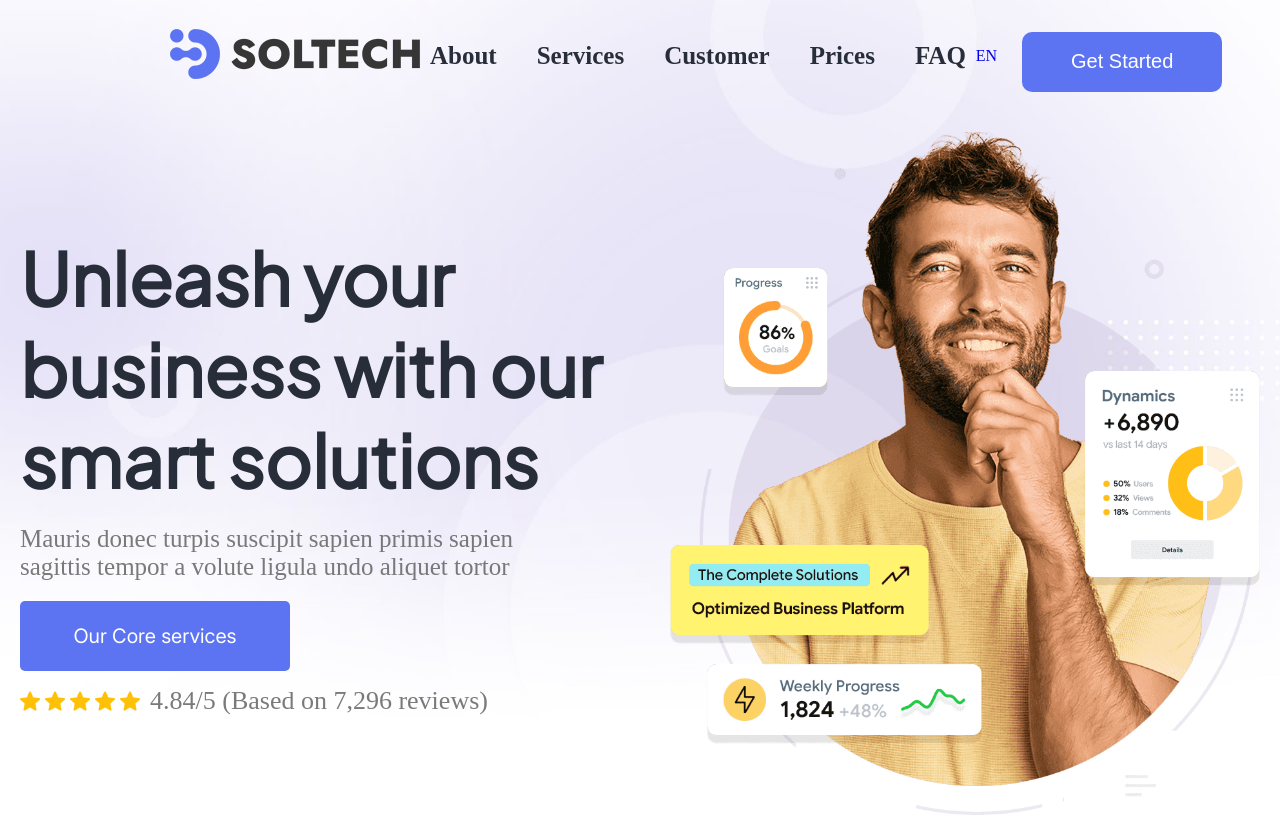
Repository: md-rabbi-hossain/Soltech-html
Page: index.html
An editor plug-in stored every save of this project. The page is shown before and after the next save, followed by the edit.
The browser window is 1280 px wide. The pictures show the whole page.

Above is the page before, as saved 2025-01-09 01:11:26.

After the next save:
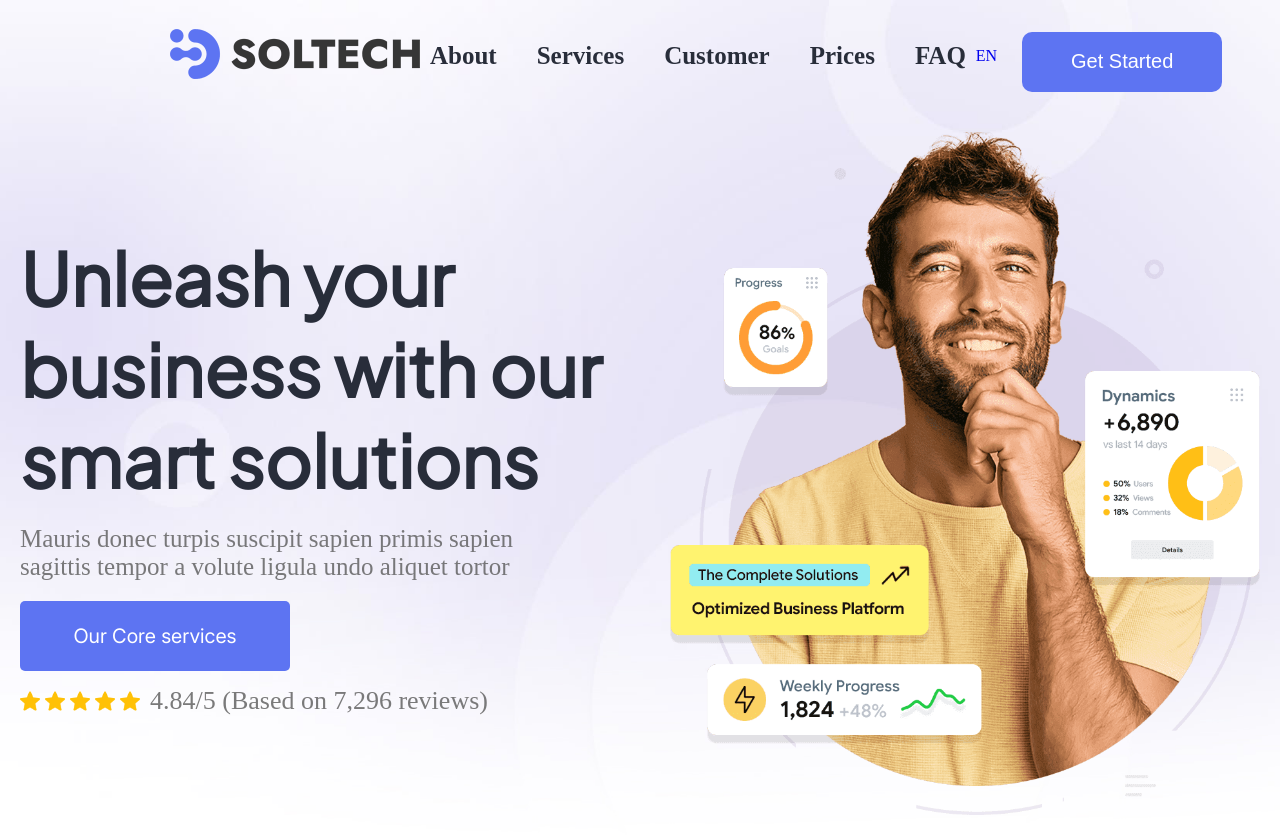
Saved 24 h 21 min later.
--- a/Css/style.css
+++ b/Css/style.css
@@ -30,7 +30,7 @@
 }
 .main-container {
   max-width: 100%;
-  height: 100vh;
+  height: auto;
   background-image: url("/image/hero-1.jpg");
   background-size: cover;
   background-repeat: no-repeat;

After the save that followed:
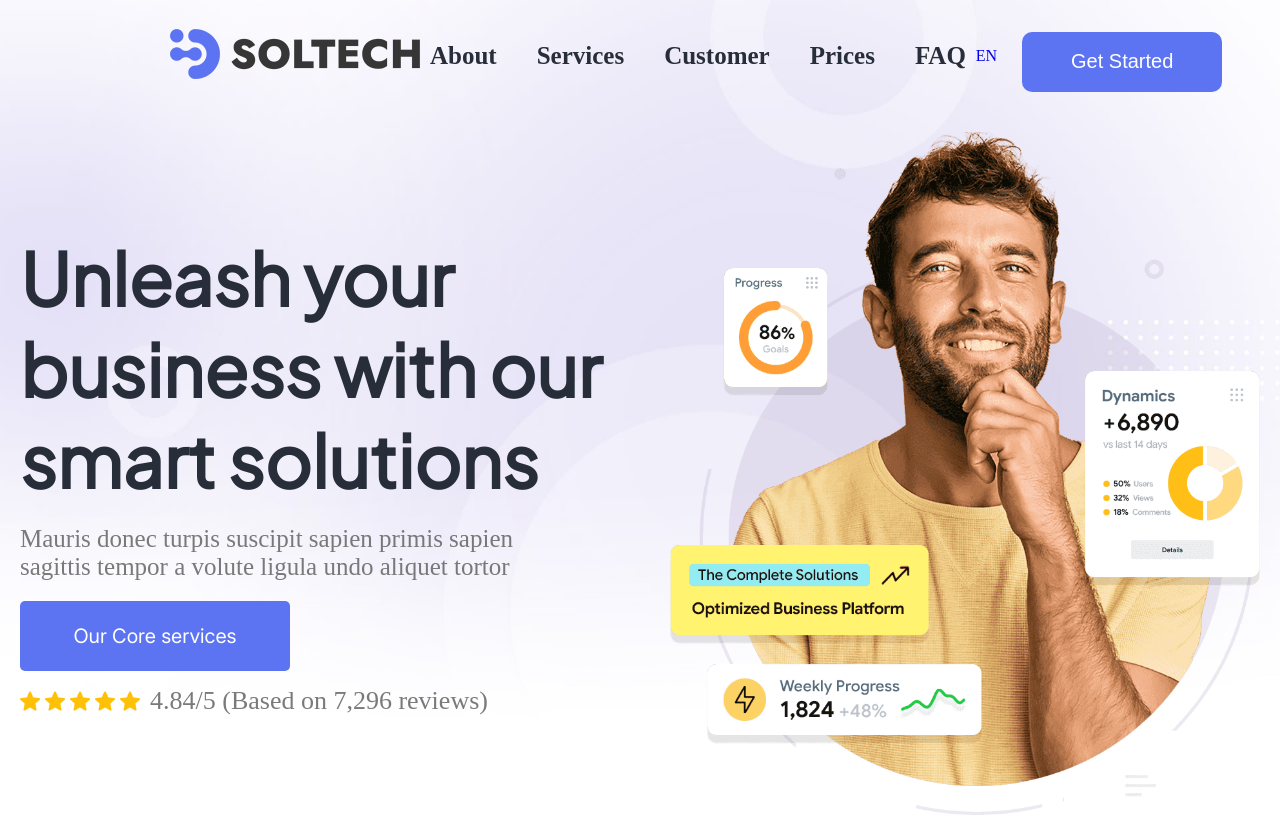
Saved 39 s later.
--- a/Css/style.css
+++ b/Css/style.css
@@ -30,7 +30,7 @@
 }
 .main-container {
   max-width: 100%;
-  height: auto;
+  height: 100vh;
   background-image: url("/image/hero-1.jpg");
   background-size: cover;
   background-repeat: no-repeat;
